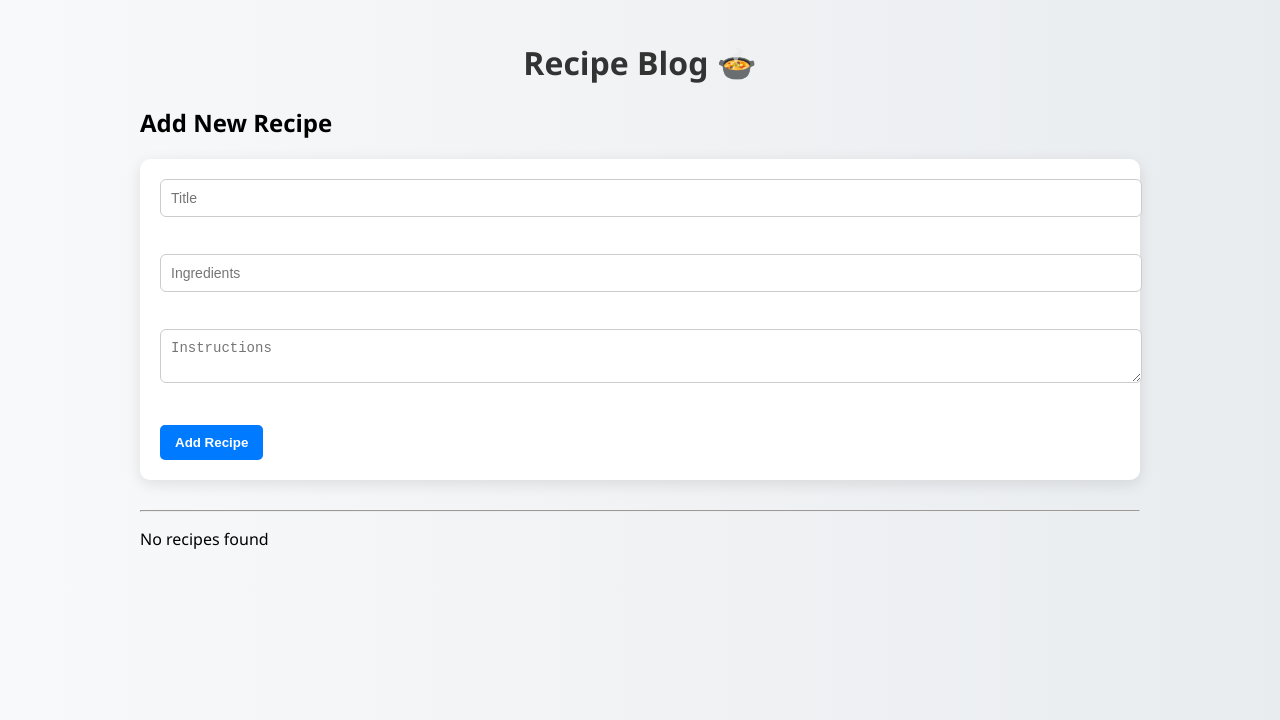
Repository: arshathdevo/recipeblogfrontend
Page: /
The author's editor kept a copy of each file at every save. The page is drawn from the files as they stood at one save, then again after the next save.
The browser window is 1280 px wide. The pictures show the whole page.
The page's requests for data from a server got no answer. The project was rebuilt for these pictures with package versions that can differ from the ones it lists, and the page was loaded fresh each time. No one was signed in, and anything a server would have sent is missing.

Above is the page before, as saved 2026-02-14 11:56:04.

### src/App.js
// import React, { useEffect, useState } from "react";
// import axios from "axios";


// function App() {
//   const [recipes, setRecipes] = useState([]);

//   useEffect(() => {
//     fetchRecipes();
//   }, []);

//   const fetchRecipes = async () => {
//     try {
//       const res = await axios.get("http://localhost:5000/api/recipes");
//       setRecipes(res.data);
//     } catch (error) {
//       console.error("Error fetching recipes:", error);
//     }
//   };
//   const [title, setTitle] = useState("");
// const [ingredients, setIngredients] = useState("");
// const [instructions, setInstructions] = useState("");

// const handleSubmit = async (e) => {
//   e.preventDefault();

//   try {
//     await axios.post("http://localhost:5000/api/recipes", {
//       title,
//       ingredients,
//       instructions,
//     });

//     // Clear form
//     setTitle("");
//     setIngredients("");
//     setInstructions("");

//     // Refresh recipe list
//     fetchRecipes();
//   } catch (error) {
//     console.error("Error adding recipe:", error);
//   }
// };


//   return (
//     <div style={{ padding: "20px" }}>
//       <h1>Recipe Blog App 🍲</h1>

//       {recipes.length === 0 ? (
//         <p>No recipes found</p>
//       ) : (
//         recipes.map((recipe) => (
//           <div
//             key={recipe._id}
//             style={{
//               border: "1px solid #ccc",
//               padding: "10px",
//               margin: "10px 0",
//             }}
//           >
//             <h2>Add New Recipe</h2>
// <form onSubmit={handleSubmit}>
//   <input
//     type="text"
//     placeholder="Title"
//     value={title}
//     onChange={(e) => setTitle(e.target.value)}
//   />
//   <br /><br />

//   <input
//     type="text"
//     placeholder="Ingredients"
//     value={ingredients}
//     onChange={(e) => setIngredients(e.target.value)}
//   />
//   <br /><br />

//   <textarea
//     placeholder="Instructions"
//     value={instructions}
//     onChange={(e) => setInstructions(e.target.value)}
//   />
//   <br /><br />

//   <button type="submit">Add Recipe</button>
// </form>

// <hr />

//             <h2>{recipe.title}</h2>
//             <p><strong>Ingredients:</strong> {recipe.ingredients}</p>
//             <p><strong>Instructions:</strong> {recipe.instructions}</p>
//           </div>
//         ))
//       )}
//     </div>
//   );
// }

// export default App;
import "./App.css";
import React, { useEffect, useState } from "react";
import axios from "axios";



function App() {
  const [recipes, setRecipes] = useState([]);
  const [title, setTitle] = useState("");
  const [ingredients, setIngredients] = useState("");
  const [instructions, setInstructions] = useState("");
  const [editId, setEditId] = useState(null);

  useEffect(() => {
    fetchRecipes();
  }, []);

  const fetchRecipes = async () => {
    try {
      const res = await axios.get("http://localhost:5000/api/recipes");
      setRecipes(res.data);
    } catch (error) {
      console.error("Error fetching recipes:", error);
    }
  };

 const handleSubmit = async (e) => {
  e.preventDefault();

  try {
    if (editId) {
      await axios.put(`http://localhost:5000/api/recipes/${editId}`, {
        title,
        ingredients,
        instructions,
      });
      setEditId(null);
    } else {
      await axios.post("http://localhost:5000/api/recipes", {
        title,
        ingredients,
        instructions,
      });
    }

    setTitle("");
    setIngredients("");
    setInstructions("");
    fetchRecipes();
  } catch (error) {
    console.error("Error saving recipe:", error);
  }
};

  const handleDelete = async (id) => {
  try {
    await axios.delete(`http://localhost:5000/api/recipes/${id}`);
    fetchRecipes(); // refresh list
  } catch (error) {
    console.error("Error deleting recipe:", error);
  }
};
const handleEdit = (recipe) => {
  setTitle(recipe.title);
  setIngredients(recipe.ingredients);
  setInstructions(recipe.instructions);
  setEditId(recipe._id);
};



  return (
    <div className="container">
      <h1>Recipe Blog 🍲</h1>

      {/* ✅ FORM SHOULD BE OUTSIDE MAP */}
      <h2>Add New Recipe</h2>
      <form onSubmit={handleSubmit}>
        <input
          type="text"
          placeholder="Title"
          value={title}
          onChange={(e) => setTitle(e.target.value)}
        />
        <br /><br />

        <input
          type="text"
          placeholder="Ingredients"
          value={ingredients}
          onChange={(e) => setIngredients(e.target.value)}
        />
        <br /><br />

        <textarea
          placeholder="Instructions"
          value={instructions}
          onChange={(e) => setInstructions(e.target.value)}
        />
        <br /><br />

        <button type="submit">Add Recipe</button>
      </form>

      <hr />

      {/* ✅ DISPLAY RECIPES */}
     {recipes.length === 0 ? (
  <p>No recipes found</p>
) : (
  <div className="recipe-grid">
    {recipes.map((recipe) => (

         <div key={recipe._id} className="card">

            <h2>{recipe.title}</h2>
            <p><strong>Ingredients:</strong> {recipe.ingredients}</p>
            <p><strong>Instructions:</strong> {recipe.instructions}</p>
            <div className="button-group">

              <button className="edit-btn" onClick={() => handleEdit(recipe)}>

  Edit
</button>



            <button className="delete-btn" onClick={() => handleDelete(recipe._id)}>

  Delete
</button></div>

          </div>
        ))}
        </div>
      )}
    </div>
  );
}

export default App;

### src/App.css
body {
  margin: 0;
  font-family: 'Segoe UI', Tahoma, Geneva, Verdana, sans-serif;
  background: linear-gradient(to right, #f8f9fa, #e9ecef);
}

.container {
  max-width: 1000px;
  margin: auto;
  padding: 20px;
}

h1 {
  text-align: center;
  color: #333;
}

form {
  background: white;
  padding: 20px;
  border-radius: 10px;
  box-shadow: 0 4px 15px rgba(0, 0, 0, 0.1);
  margin-bottom: 30px;
}

form input,
form textarea {
  width: 100%;
  padding: 10px;
  margin-bottom: 15px;
  border-radius: 6px;
  border: 1px solid #ccc;
  font-size: 14px;
}

form button {
  background-color: #007bff;
  padding: 10px 15px;
  font-weight: bold;
}

form button:hover {
  background-color: #0056b3;
}

.recipe-grid {
  display: grid;
  grid-template-columns: repeat(auto-fit, minmax(280px, 1fr));
  gap: 20px;
}

.card {
  background: white;
  padding: 15px;
  border-radius: 10px;
  box-shadow: 0 4px 12px rgba(0, 0, 0, 0.08);
  transition: transform 0.2s ease;
}

.card:hover {
  transform: translateY(-5px);
}

.card h2 {
  margin-top: 0;
}

.button-group {
  margin-top: 10px;
}

.edit-btn {
  background-color: #28a745;
  margin-right: 10px;
}

.edit-btn:hover {
  background-color: #1e7e34;
}

.delete-btn {
  background-color: #dc3545;
}

.delete-btn:hover {
  background-color: #b02a37;
}

button {
  border: none;
  color: white;
  padding: 8px 12px;
  border-radius: 5px;
  cursor: pointer;
}

Loaded but not shown: src/index.js (common file)

After the next save:
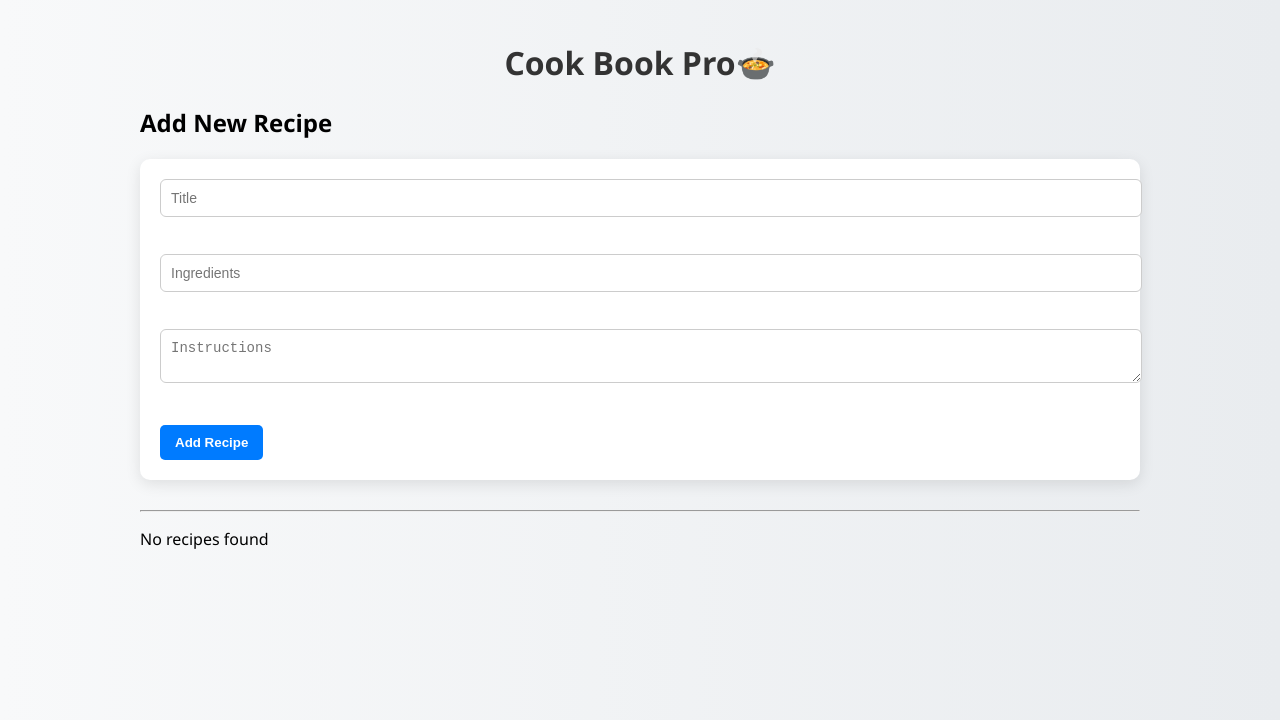
Saved 43 s later.
--- a/src/App.js
+++ b/src/App.js
@@ -174,7 +174,7 @@ const handleEdit = (recipe) => {
 
   return (
     <div className="container">
-      <h1>Recipe Blog 🍲</h1>
+      <h1>Cook Book Pro🍲</h1>
 
       {/* ✅ FORM SHOULD BE OUTSIDE MAP */}
       <h2>Add New Recipe</h2>
